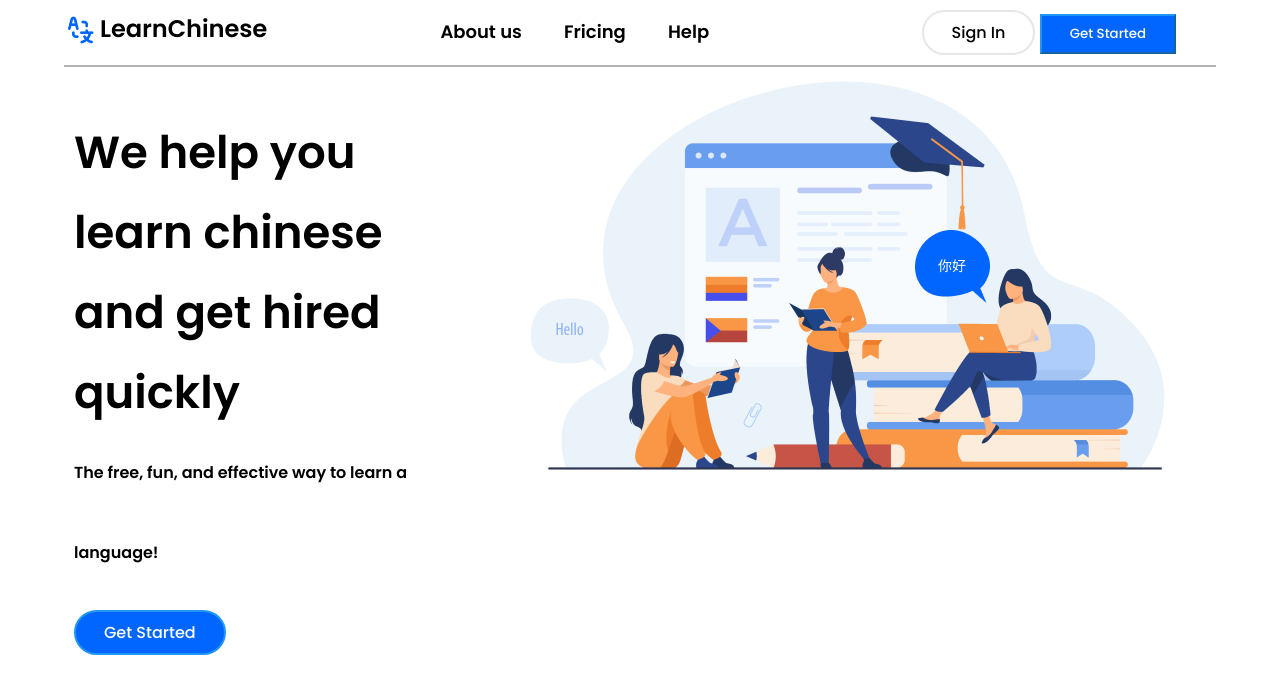
Repository: BinhIT/ChineseLearn
Page: index.html
The author's editor kept a copy of each file at every save. The page is drawn from the files as they stood at one save, then again after the next save.
The browser window is 1280 px wide. The pictures show the whole page.

Above is the page before, as saved 2023-03-01 14:03:20.

After the next save:
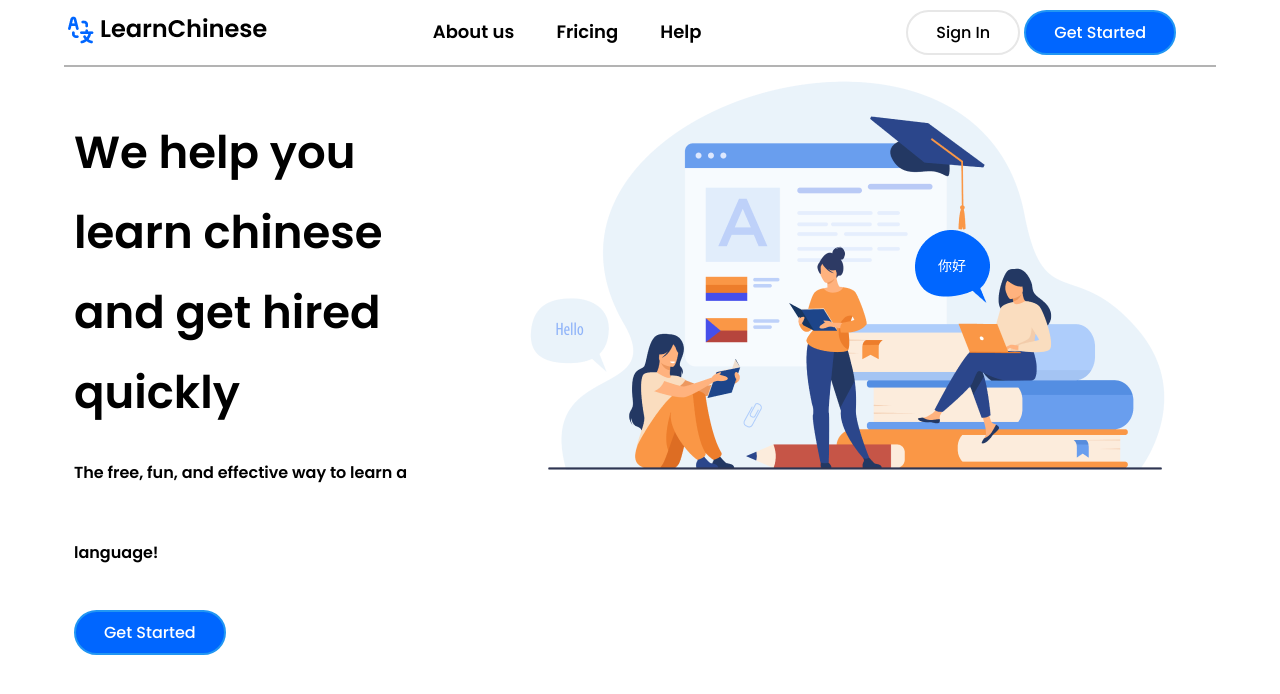
Saved 4 s later.
--- a/index.html
+++ b/index.html
@@ -29,7 +29,7 @@
         </ul>
         <ul id="menu_btn">
             <button class="btn default">Sign In</button>
-            <button class="btn_header info">Get Started</button>
+            <button class="btn info">Get Started</button>
         </ul>
 
     </nav>
